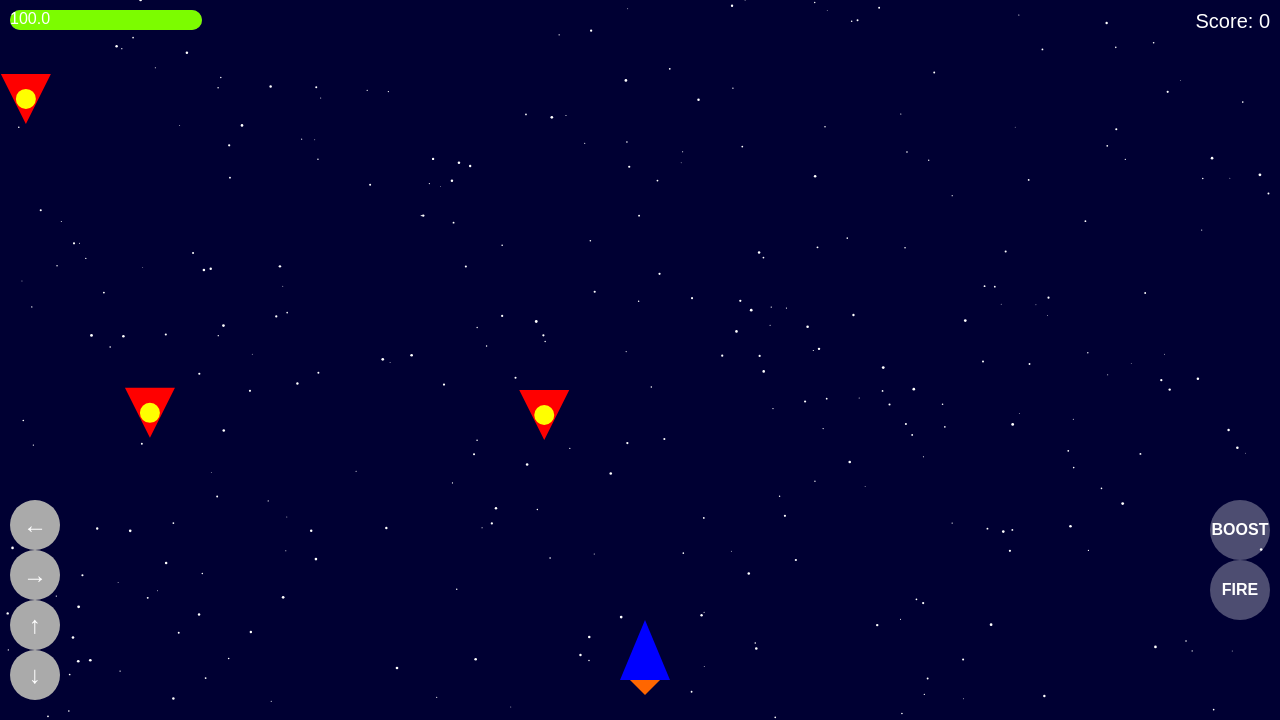
Repository: BiranOrundas/space-shooter
Page: space-shooter.html
These files come from the project's save history. The page is drawn as it stood at one moment and after the next save; the edit follows.
The browser window is 1280 px wide. The pictures show the whole page.

Above is the page before, as saved 2025-03-14 16:42:10.

After the next save:
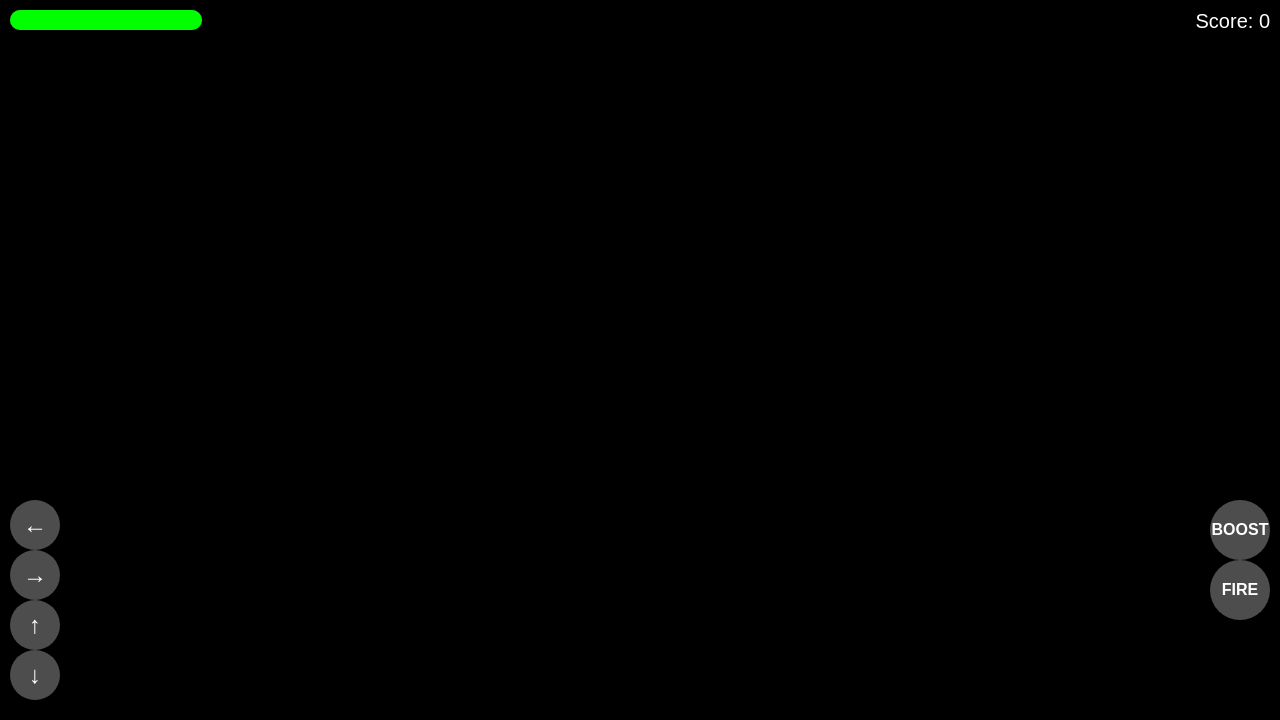
Console error: SyntaxError: Unexpected token '?'
Saved 100 s later.
--- a/game.js
+++ b/game.js
@@ -92,10 +92,10 @@
     bullets.push({
       x: player.x + player.width / 2 - 3,
       y: player.y,
-      width: 3,
+      bulletPowerUpActive ? 200 : 3,
       height: 10,
       speed: 17,
-      color: '#f00'
+      color: bulletPowerUpActive ? "#00FF00" : "#f00"
     });
     player.lastShot = now;
   }

After the save that followed:
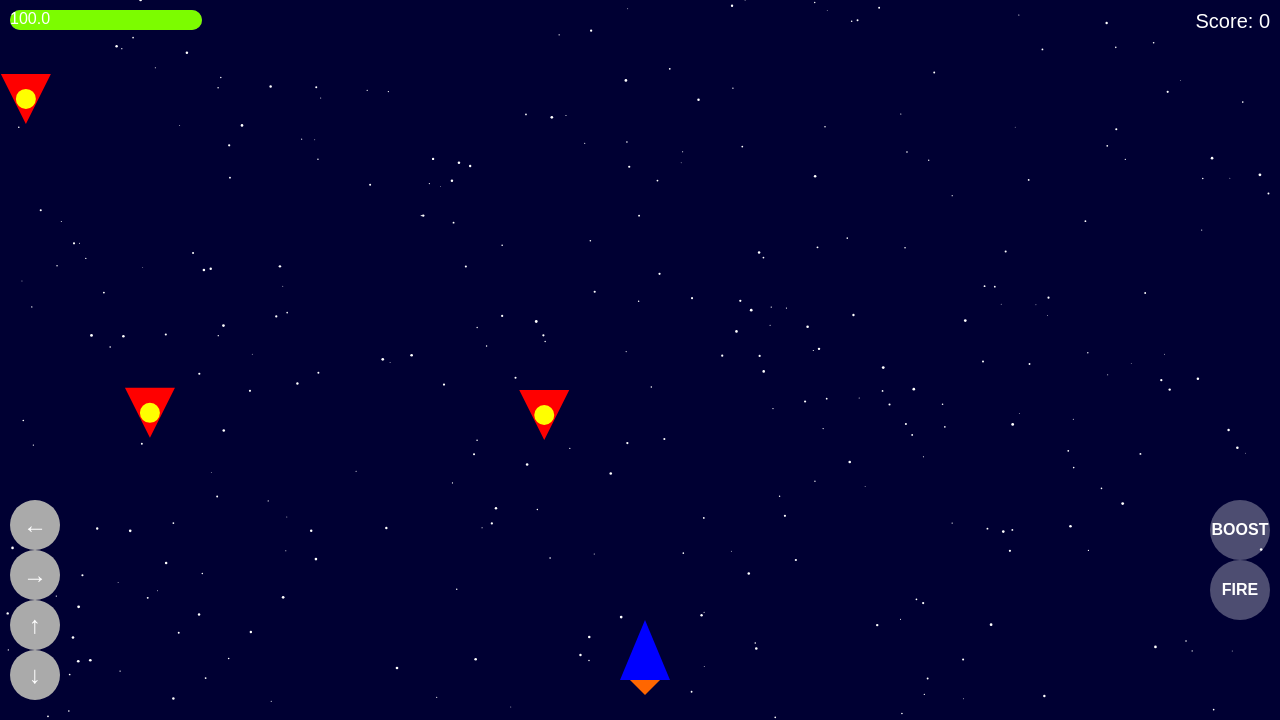
The error is gone.
Saved 14 s later.
--- a/game.js
+++ b/game.js
@@ -92,7 +92,7 @@
     bullets.push({
       x: player.x + player.width / 2 - 3,
       y: player.y,
-      bulletPowerUpActive ? 200 : 3,
+      width: bulletPowerUpActive ? 200 : 3,
       height: 10,
       speed: 17,
       color: bulletPowerUpActive ? "#00FF00" : "#f00"
